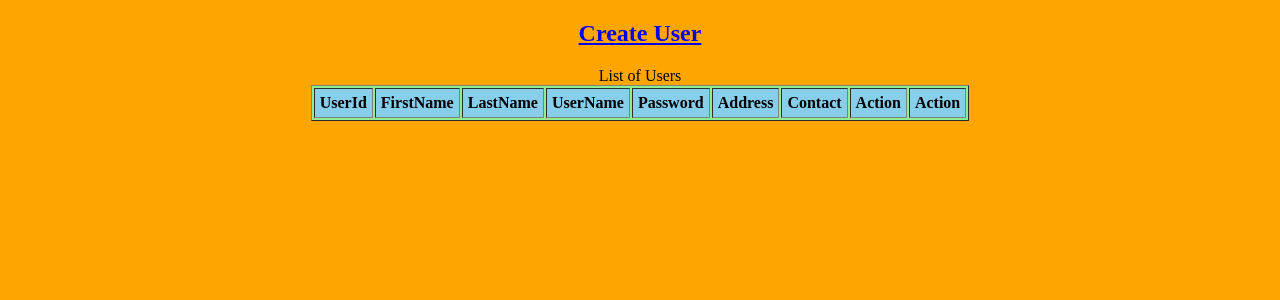
Repository: Shivanishinde8225/User-Managment-System
Page: http://localhost/RegistrationUserApp/ListUsers.jsp
These files come from the project's save history. The page is drawn as it stood at one moment and after the next save; the edit follows.
The browser window is 1280 px wide. The pictures show the whole page.
The page is served by Tomcat 9. Other server files are loaded and not shown. Queries for data that is not in the repository find no rows.

Above is the page before, as saved 2023-04-02 09:06:59.

### RegistrationUserApp/webapp/ListUsers.jsp
<%@ page language="java" contentType="text/html; charset=UTF-8"
    pageEncoding="UTF-8"%>

    <%@ taglib uri = "http://java.sun.com/jsp/jstl/core" prefix = "c" %>
    <%@ taglib uri = "http://java.sun.com/jsp/jstl/sql" prefix = "sql" %>
<!DOCTYPE html>
<html>
<head>
<meta charset="UTF-8">
<title>Insert title here</title>
</head>
<body bgcolor = "orange">
 <center>
		<h2><a href = "RegistrationForm.jsp">Create User</a></h2>
	</center>
	<sql:setDataSource var = "myds"
	driver = "com.mysql.cj.jdbc.Driver"
	url = "JDBC:mysql://localhost:3306/usdb?useSSL=false"
	user = "root"
	password = "ShivCse@"/>

	<sql:query var = "listUsers" dataSource = "${myds}">
	select * from user1;
	</sql:query>

	<div align = "center">
		<table border = "1" cellpadding = "5" bgcolor = "Lightgreen">
			<caption>List of Users</caption>
			<tr bgcolor = "skyblue">
				<th>UserId</th>
				<th>FirstName</th>
				<th>LastName</th>
				<th>UserName</th>
				<th>Password</th>
				<th>Address</th>
				<th>Contact</th>
				<th>Action</th>
				<th>Action</th>
			</tr>

			<c:forEach var = "user" items = "${listUsers.rows}">
			<tr>
				<td><c:out value = "${user.uid}"/></td>
				<td><c:out value = "${user.f_name}"/></td>
				<td><c:out value = "${user.l_name}"/></td>
				<td><c:out value = "${user.uname}"/></td>
				<td><c:out value = "${user.password}"/></td>
				<td><c:out value = "${user.address}"/></td>
				<td><c:out value = "${user.contact}"/></td>

				<td><a href = "UpdateUserForm.jsp?uid =<c:out value ='${user.uid}'/>">Update</a></td>
				<td><a href = "DeleteUserServlets?uid =<c:out value ='${user.uid}'/>">Delete</a></td>
			</tr>
			</c:forEach>
		</table>
	</div>
</body>
</html>

After the next save:
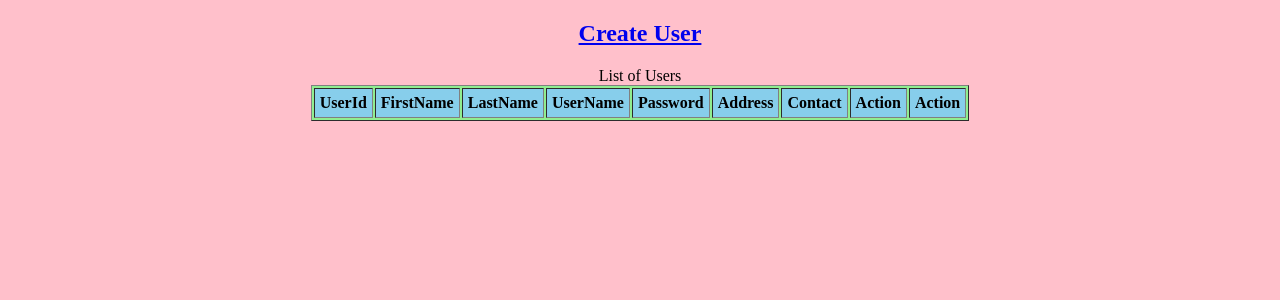
Saved 36 s later.
--- a/RegistrationUserApp/webapp/ListUsers.jsp
+++ b/RegistrationUserApp/webapp/ListUsers.jsp
@@ -9,7 +9,7 @@
 <meta charset="UTF-8">
 <title>Insert title here</title>
 </head>
-<body bgcolor = "orange">
+<body bgcolor = "pink">
  <center>
 		<h2><a href = "RegistrationForm.jsp">Create User</a></h2>
 	</center>
